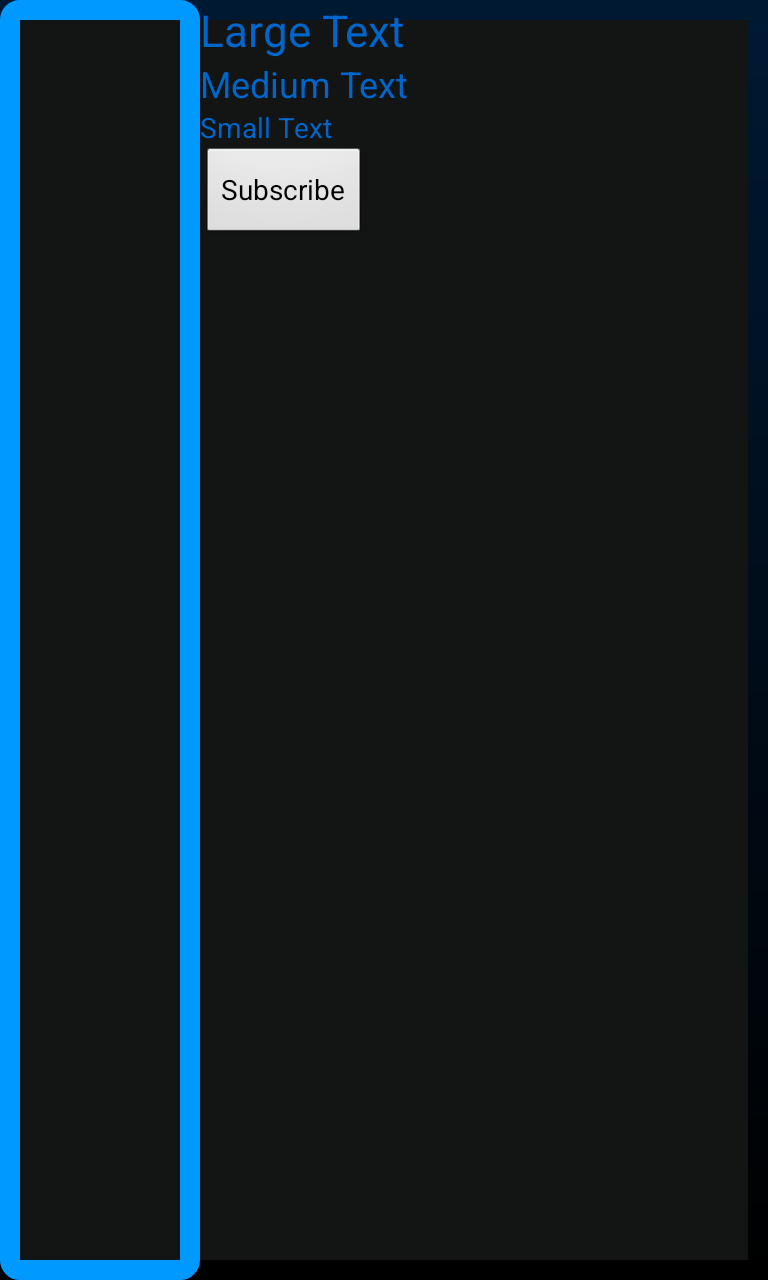
Repository: jasleen1291/B2BMobileApplication
Layout: Mobile E Commerce/B2B/res/layout/subscribe_item.xml
These files come from the project's save history. The layout is drawn as it stood at one moment and after the next save; the edit follows.
It is drawn on a 768 x 1280 px phone screen (xhdpi) without system bars, with theme mycustomtheme; the app's code is not run.

Above is the layout before, as saved 2013-05-28 06:47:07.

After the next save:
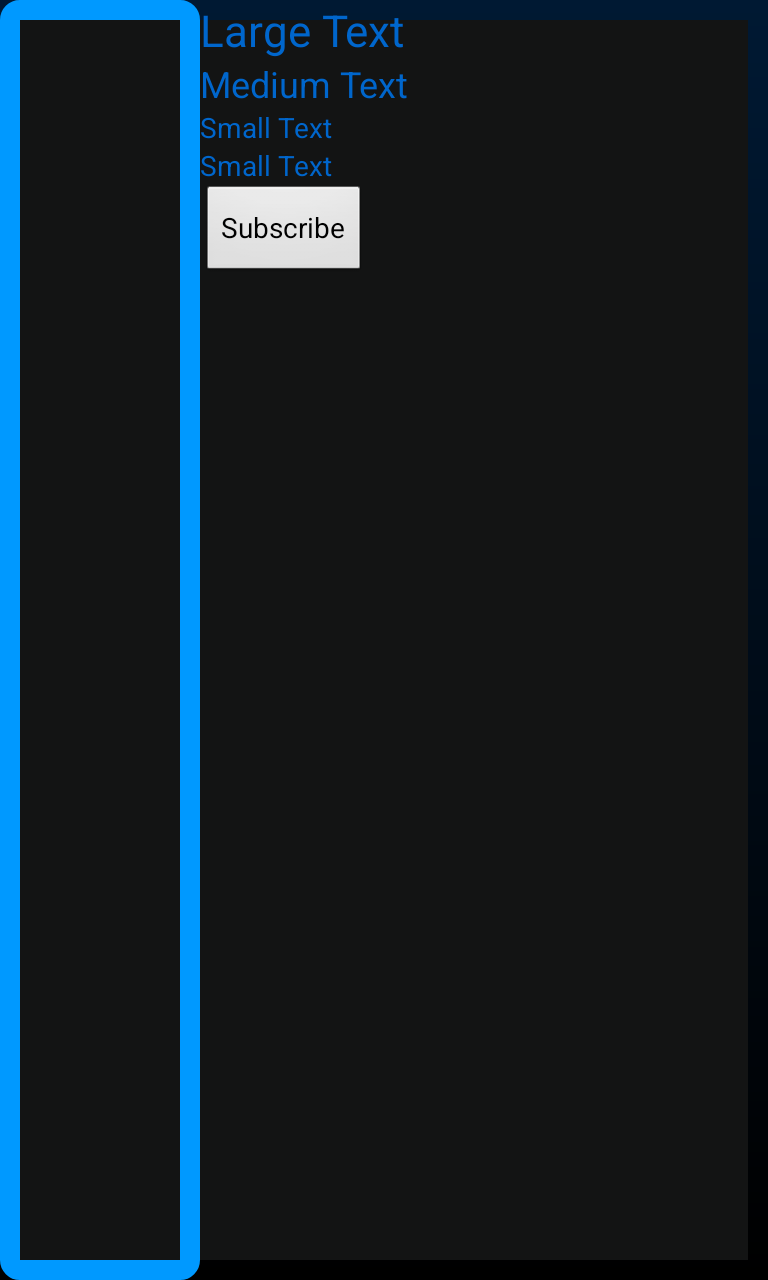
Saved 5 min 34 s later.
--- a/Mobile E Commerce/B2B/res/layout/subscribe_item.xml
+++ b/Mobile E Commerce/B2B/res/layout/subscribe_item.xml
@@ -22,14 +22,6 @@
         android:text="Large Text"
         android:textAppearance="?android:attr/textAppearanceLarge" />
 
-    <Button
-        android:id="@+id/button1"
-        android:layout_width="wrap_content"
-        android:layout_height="wrap_content"
-        android:layout_below="@+id/textView3"
-        android:layout_toRightOf="@+id/imageView1"
-        android:text="@string/subscribe" />
-
     <TextView
         android:id="@+id/textView3"
         android:layout_width="wrap_content"
@@ -48,4 +40,21 @@
         android:text="Medium Text"
         android:textAppearance="?android:attr/textAppearanceMedium" />
 
+    <TextView
+        android:id="@+id/textView4"
+        android:layout_width="wrap_content"
+        android:layout_height="wrap_content"
+        android:layout_alignLeft="@+id/textView3"
+        android:layout_below="@+id/textView3"
+        android:text="Small Text"
+        android:textAppearance="?android:attr/textAppearanceSmall" />
+
+    <Button
+        android:id="@+id/button1"
+        android:layout_width="wrap_content"
+        android:layout_height="wrap_content"
+        android:layout_alignLeft="@+id/textView4"
+        android:layout_below="@+id/textView4"
+        android:text="@string/subscribe" />
+
 </RelativeLayout>
